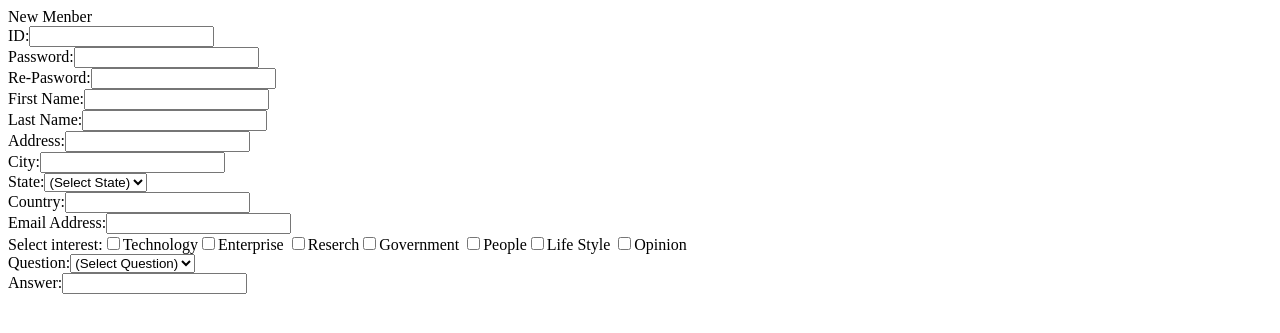
Repository: sheep9590/Test
Page: eclipse-workspace/Prj03/WebRoot/Register.html
These files come from the project's save history. The page is drawn as it stood at one moment and after the next save; the edit follows.
The browser window is 1280 px wide. The pictures show the whole page.

Above is the page before, as saved 2021-09-08 16:22:59.

### eclipse-workspace/Prj03/WebRoot/Register.html
<!DOCTYPE html>
<html>
<body>
New Menber
     <form >
     ID:<input type="text"><br>
     Password:<input type="password"><br>
     Re-Pasword:<input type="password"><br>
     First Name:<input type="text"><br>
     Last Name:<input type="text"><br>
     Address:<input type="text"><br>
     City:<input type="text"><br>
     State:<select>
     <option>(Select State)</option>
     </select><br>
     Country:<input type="text"><br>
     Email Address:<input type="text"><br>
     Select interest:<input type="checkbox">Technology<input type="checkbox">Enterprise
                     <input type="checkbox">Reserch<input type="checkbox">Government
                     <input type="checkbox">People<input type="checkbox">Life Style
                     <input type="checkbox">Opinion<br>
     Question:<select>
     <option>(Select Question)</option>
     </select><br>
     Answer:<input type="text"><br>
     </form>
</body>
</html>

After the next save:
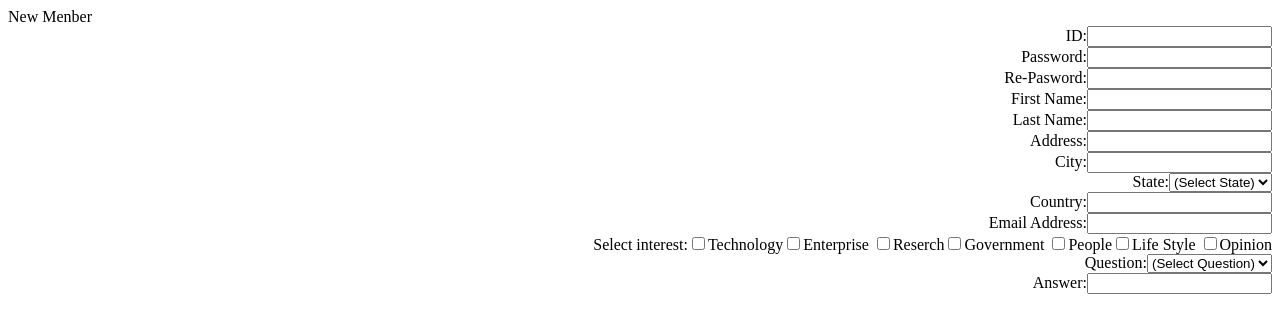
Saved 2 min 26 s later.
--- a/eclipse-workspace/Prj03/WebRoot/Register.html
+++ b/eclipse-workspace/Prj03/WebRoot/Register.html
@@ -1,8 +1,8 @@
 <!DOCTYPE html>
 <html>
 <body>
-New Menber
-     <form >
+       New Menber
+     <form align="right">
      ID:<input type="text"><br>
      Password:<input type="password"><br>
      Re-Pasword:<input type="password"><br>
